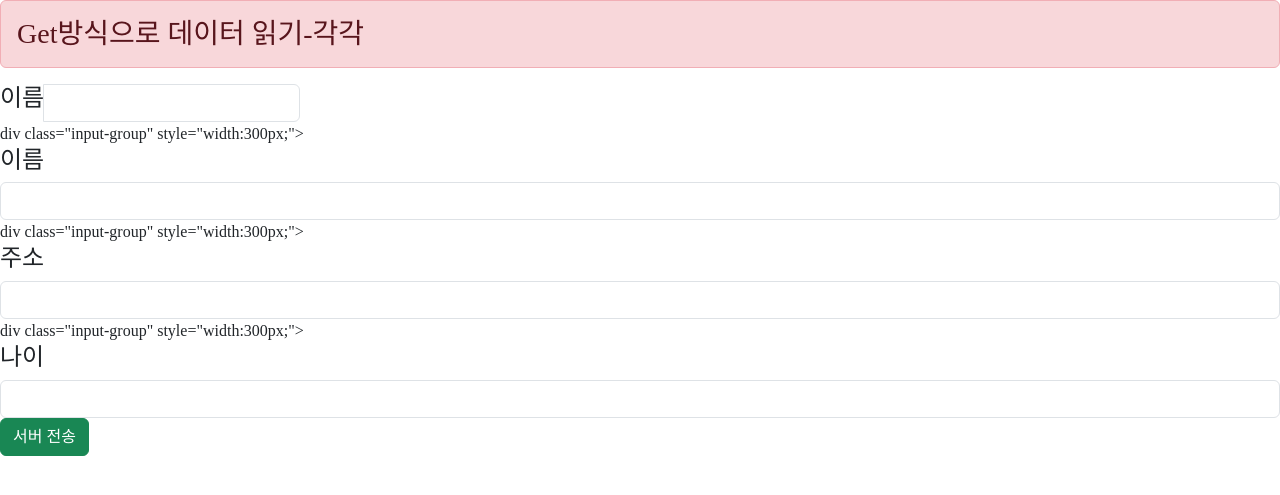
Repository: hyuck9409/newnaver0314
Page: http://localhost/SpringMvcEx2/form1
These files come from the project's save history. The page is drawn as it stood at one moment and after the next save; the edit follows.
The browser window is 1280 px wide. The pictures show the whole page.
Some web fonts or font styles are not loaded; a fallback is used. The page is served by Tomcat 9. Other server files are loaded and not shown.

Above is the page before, as saved 2024-05-20 02:08:03.

### naver0314devops11/springwork/SpringMvcEx2/src/main/webapp/WEB-INF/form1/myform1.jsp
<%@ page language="java" contentType="text/html; charset=UTF-8"
   pageEncoding="UTF-8"%>
<%@taglib prefix="c" uri="http://java.sun.com/jsp/jstl/core"%>
<%@taglib prefix="fmt" uri="http://java.sun.com/jsp/jstl/fmt" %>
<!DOCTYPE html>
<html>
<head>
<meta charset="UTF-8">
<title>Insert title here</title>
<link href="https://cdn.jsdelivr.net/npm/bootstrap@5.3.3/dist/css/bootstrap.min.css" rel="stylesheet">
<script src="https://cdn.jsdelivr.net/npm/bootstrap@5.3.3/dist/js/bootstrap.bundle.min.js"></script>
<link rel="stylesheet" href="https://cdn.jsdelivr.net/npm/bootstrap-icons@1.8.0/font/bootstrap-icons.css">
<link href="https://fonts.googleapis.com/css2?family=Caveat:wght@400..700&family=Dancing+Script:wght@400..700&family=East+Sea+Dokdo&family=Jua&family=Gaegu&family=Gamja+Flower&family=Pacifico&family=Single+Day&display=swap" rel="stylesheet">
   <script src="https://code.jquery.com/jquery-3.7.0.js"></script>
   <style>
       body *{
           font-family: 'Jua';
       }
   </style>
</head>
<body>
<h3 class="alert alert-danger">Get방식으로 데이터 읽기-각각</h3>
<form action="./read1" method="get">
<div class="input-group" style="width:300px;">
<h4>이름</h4>
<input type="text" name="name" class="form-control">
</div>

div class="input-group" style="width:300px;">
<h4>이름</h4>
<input type="text" name="name" class="form-control">
</div>

div class="input-group" style="width:300px;">
<h4>주소</h4>
<input type="text" name="addr" class="form-control">
</div>

div class="input-group" style="width:300px;">
<h4>나이</h4>
<input type="text" name="age" class="form-control">
</div>
<button type="submit" class="btn btn-success">서버 전송</button>

</form>
</body>
</html>

After the next save:
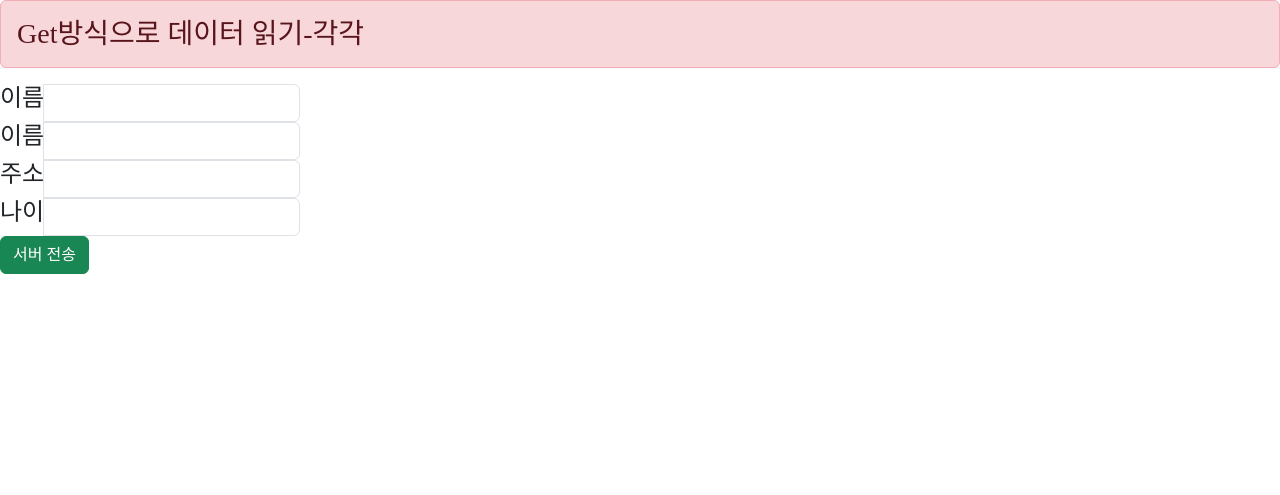
Saved 21 s later.
--- a/naver0314devops11/springwork/SpringMvcEx2/src/main/webapp/WEB-INF/form1/myform1.jsp
+++ b/naver0314devops11/springwork/SpringMvcEx2/src/main/webapp/WEB-INF/form1/myform1.jsp
@@ -26,17 +26,17 @@
 <input type="text" name="name" class="form-control">
 </div>
 
-div class="input-group" style="width:300px;">
+<div class="input-group" style="width:300px;">
 <h4>이름</h4>
 <input type="text" name="name" class="form-control">
 </div>
 
-div class="input-group" style="width:300px;">
+<div class="input-group" style="width:300px;">
 <h4>주소</h4>
 <input type="text" name="addr" class="form-control">
 </div>
 
-div class="input-group" style="width:300px;">
+<div class="input-group" style="width:300px;">
 <h4>나이</h4>
 <input type="text" name="age" class="form-control">
 </div>
